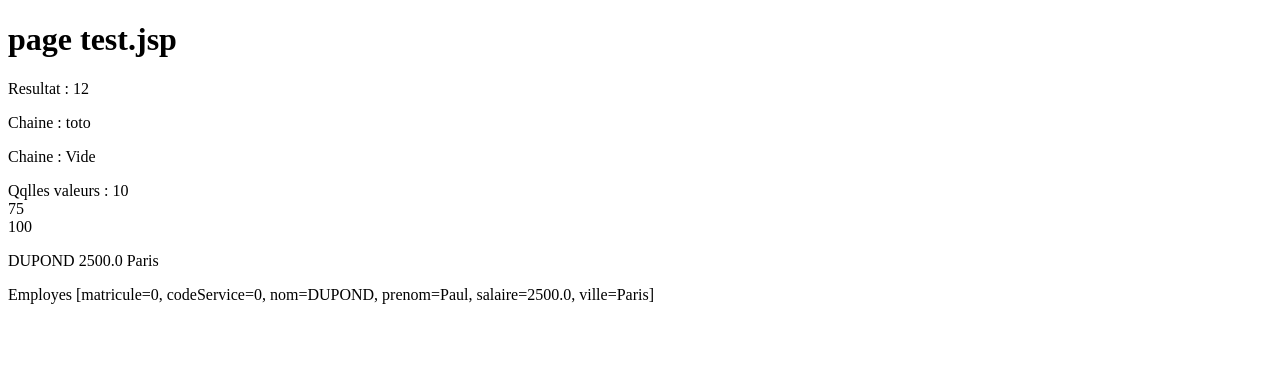
Repository: Moana007/javaee-workspace
Page: http://localhost/Site_cours/test
These files come from the project's save history. The page is drawn as it stood at one moment and after the next save; the edit follows.
The browser window is 1280 px wide. The pictures show the whole page.
The page is served by Tomcat 9. Other server files are loaded and not shown.

Above is the page before, as saved 2019-01-28 15:36:54.

### Site_cours/WebContent/WEB-INF/test.jsp
<!DOCTYPE html>
<html>
<head>
<meta charset="UTF-8">
<title>Page test.jsp</title>
</head>
<body>

<h1>page test.jsp</h1>
<p>Resultat : ${4*3}</p>
<p>Chaine : ${ chaine }</p>
<p>Chaine : ${ empty chaine2 ? "Vide" : chaine2 }</p>
<p>Qqlles valeurs : ${ ints[0]} <br> ${ ints[3]} <br> ${ ints[4]}</p>
<p> ${ emp.nom }
	${ emp.salaire }
	${ emp.getVille() }
</p>
<p>${ emp.affiche() }</p>

</body>
</html>

### Site_cours/src/site_cours/servlets/TestServlets.java
package site_cours.servlets;

import java.io.IOException;
import javax.servlet.ServletException;
import javax.servlet.annotation.WebServlet;
import javax.servlet.http.HttpServlet;
import javax.servlet.http.HttpServletRequest;
import javax.servlet.http.HttpServletResponse;

import site_cours.models.Employes;

/**
 * Servlet implementation class TestServlets
 */
@WebServlet("/TestServlets")
public class TestServlets extends HttpServlet {
	private static final long serialVersionUID = 1L;


	/**
	 * @see HttpServlet#doGet(HttpServletRequest request, HttpServletResponse response)
	 */
	protected void doGet(HttpServletRequest request, HttpServletResponse response) throws ServletException, IOException {
		// TODO Auto-generated method stub
		//response.getWriter().append("Served at: ").append(request.getContextPath());

		request.setAttribute("chaine", "toto");
		request.setAttribute("chaine2", "");
		int [] tInts = new int[] {10,30,50,75,100};
		request.setAttribute("ints", tInts);

		Employes e = new Employes(0,0, "Dupond", "Paul", 2500, "Paris");
		request.setAttribute("emp", e);

		request.getRequestDispatcher("/WEB-INF/test.jsp").forward(request, response);
	}

	/**
	 * @see HttpServlet#doPost(HttpServletRequest request, HttpServletResponse response)
	 */
	protected void doPost(HttpServletRequest request, HttpServletResponse response) throws ServletException, IOException {
		// TODO Auto-generated method stub
		doGet(request, response);
	}

}

### Site_cours/src/site_cours/models/Employes.java
package site_cours.models;

public class Employes {

	private int matricule;
	private int codeService;

	private String nom;
	private String prenom;
	private double salaire;
	private String ville;

	public Employes(int matricule, int codeService, String nom, String prenom, double salaire, String ville) {
		this.matricule = matricule;
		this.codeService = codeService;
		this.setNom(nom);
		this.prenom = prenom;
		this.salaire = salaire;
		this.ville = ville;
	}


	public String affiche() {
		return "Employes [matricule=" + matricule + ", codeService=" + codeService + ", nom=" + nom + ", prenom="
				+ prenom + ", salaire=" + salaire + ", ville=" + ville + "]";
	}

	@Override
	public String toString() {
		return "Employes [matricule=" + matricule + ", codeService=" + codeService + ", nom=" + nom + ", prenom="
				+ prenom + ", salaire=" + salaire + ", ville=" + ville + "]";
	}


	public int getMatricule() {
		return matricule;
	}
	public void setMatricule(int matricule) {
		this.matricule = matricule;
	}
	public int getCodeService() {
		return codeService;
	}
	public void setCodeService(int codeService) {
		this.codeService = codeService;
	}
	public String getNom() {
		return nom;
	}
	public void setNom(String nom) {
		this.nom = nom.toUpperCase();
	}
	public String getPrenom() {
		return prenom;
	}
	public void setPrenom(String prenom) {
		this.prenom = prenom;
	}
	public double getSalaire() {
		return salaire;
	}
	public void setSalaire(double salaire) {
		this.salaire = salaire;
	}
	public String getVille() {
		return ville;
	}
	public void setVille(String ville) {
		this.ville = ville;
	}






}

After the next save:
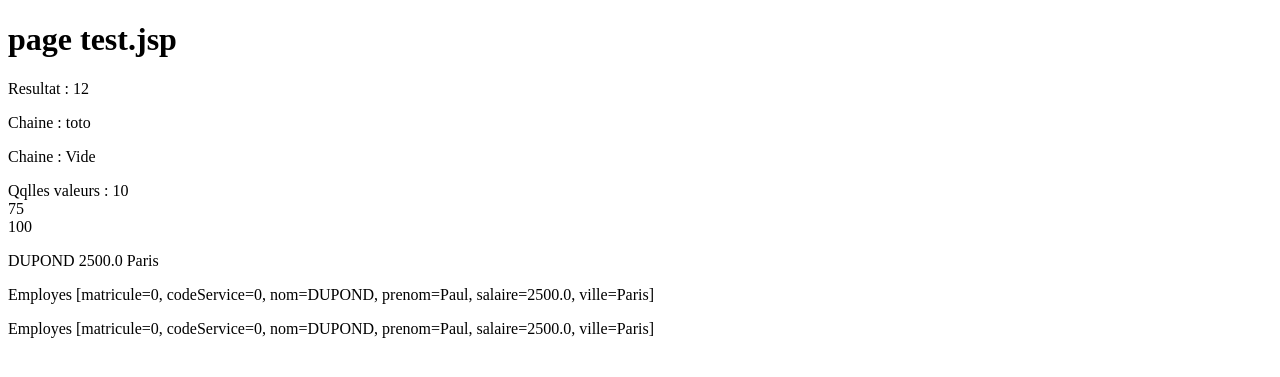
Saved 13 s later.
--- a/Site_cours/WebContent/WEB-INF/test.jsp
+++ b/Site_cours/WebContent/WEB-INF/test.jsp
@@ -17,5 +17,7 @@
 </p>
 <p>${ emp.affiche() }</p>
 
+<p>${ emp }</p>
+
 </body>
 </html>
